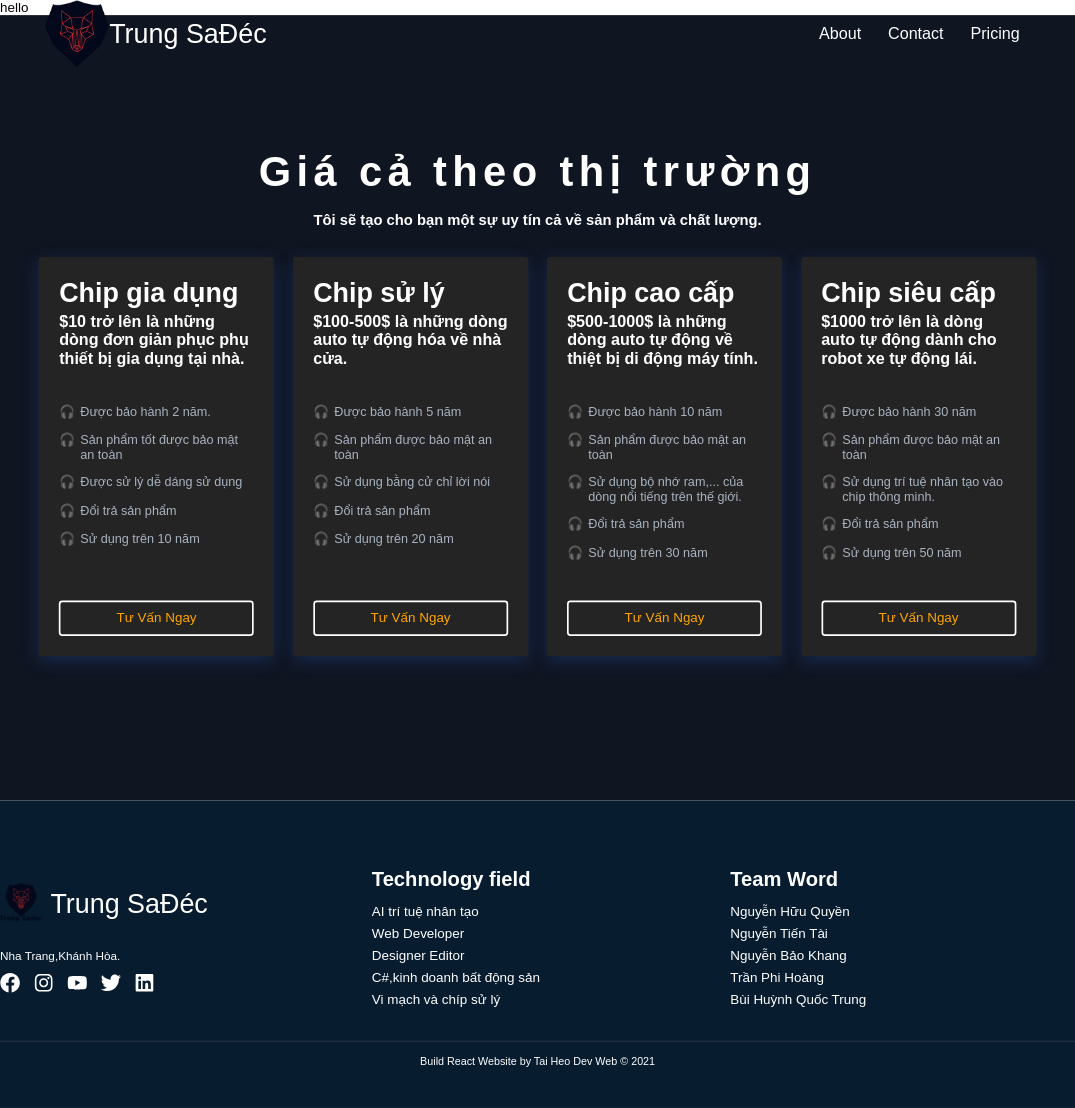
Repository: fdhhhdjd/Profile-Gift-B_H_Q_Trung
Page: /pricing
These files come from the project's save history. The page is drawn as it stood at one moment and after the next save; the edit follows.
The browser window is 1280 px wide. The pictures show the whole page, at 84% of full size.
The project was rebuilt for these pictures with package versions that can differ from the ones it lists, and the page was loaded fresh each time. Also part of the build but not shown: src/Styles/FeaturesStyles.js, src/Components/FeaturesData.js, src/Styles/ContentStyles.js, src/Components/Content.js, src/Data/HeroData.js, src/Data/CarouselData.js, src/Styles/CarouselStyles.js, src/Components/Carousel.js and 3 more. Imported but missing from the stored project, and not drawn on this page: src/Pages/SignUpPage.

Above is the page before, as saved 2021-10-29 18:25:50.

After the next save:
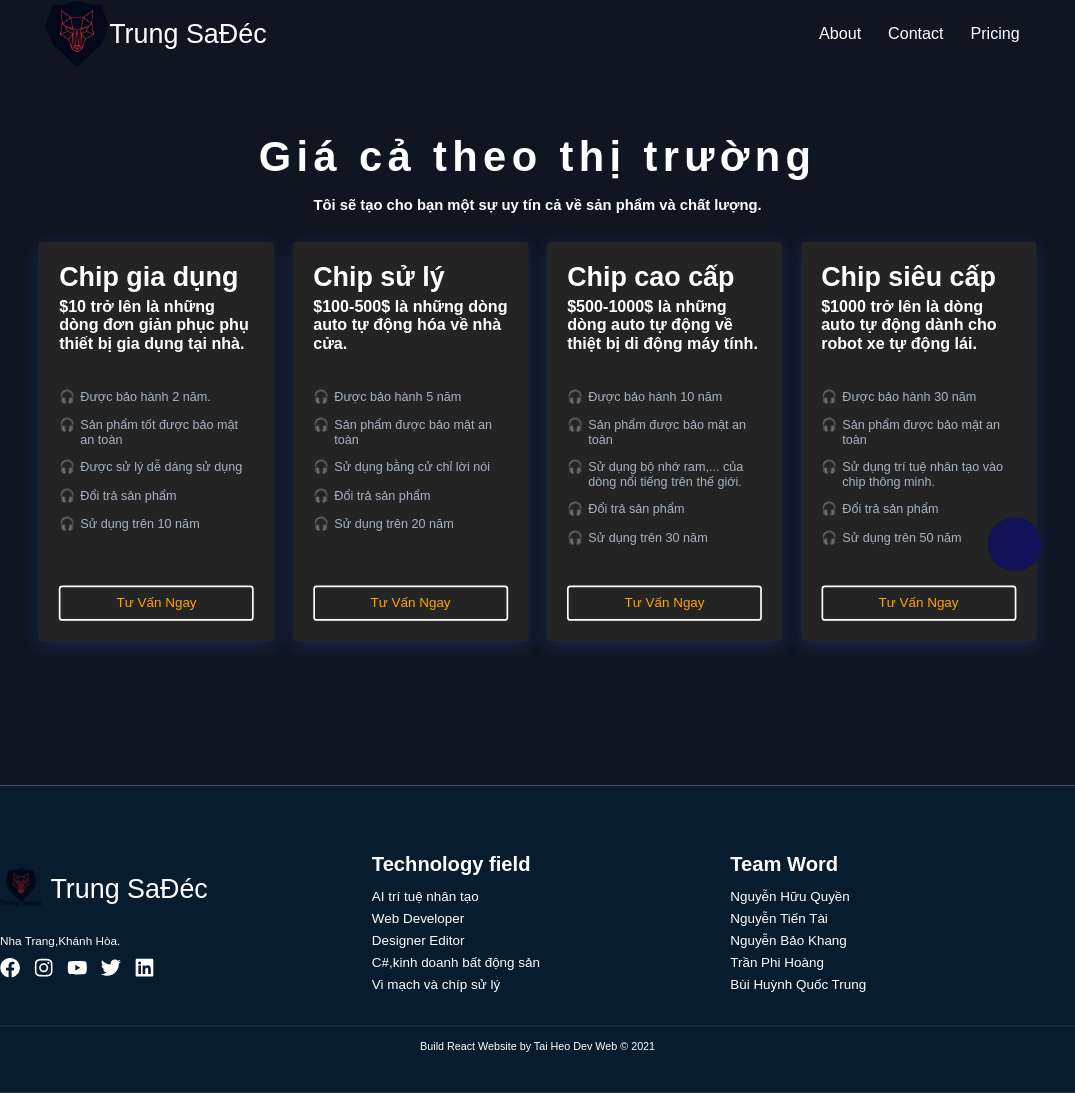
Saved 3 min 31 s later.
--- a/src/Components/ScrollTops.js
+++ b/src/Components/ScrollTops.js
@@ -1,11 +1,21 @@
 import React, { useEffect, useRef, useState } from "react";
 import { BiUpArrow } from "react-icons/bi";
 import lottie from "lottie-web";
-
+import { ScrollDiv } from "../Styles/ScrollTop";
 const ScrollTops = () => {
+  const Scroll = useRef();
+  const [visible, SetVisible] = useState(false);
+  const ToggleVisible = () => {
+    const scroll = document.documentElement.scrollTop;
+    if (scroll < 300) {
+      SetVisible(true);
+    } else {
+      SetVisible(false);
+    }
+  };
   return (
     <>
-      <>hello</>
+      <ScrollDiv></ScrollDiv>
     </>
   );
 };
